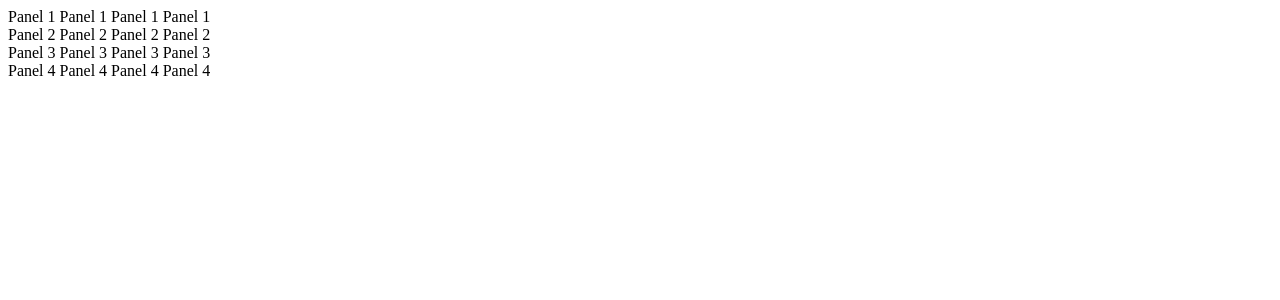
Repository: miguelamello/apm
Page: dashboard/components/login/login.html
The author's editor kept a copy of each file at every save. The page is drawn from the files as they stood at one save, then again after a run of saves.
The browser window is 1280 px wide. The pictures show the whole page.

Above is the page before, as saved 2023-04-20 12:08:27.

### dashboard/components/login/login.html

<div id="login" class="content u-flex u-flex-column mt-10 bg-primary">
  <div class="bg-warning h-16">
    Panel 1
    Panel 1
    Panel 1
    Panel 1
  </div>
  <div class="bg-warning h-16 mt-2">
    Panel 2
    Panel 2
    Panel 2
    Panel 2
  </div>
  <div class="bg-warning h-16 mt-2">
    Panel 3
    Panel 3
    Panel 3
    Panel 3
  </div>
  <div class="bg-warning h-16 mt-2">
    Panel 4
    Panel 4
    Panel 4
    Panel 4
  </div>
</div>

After the next 5 saves:
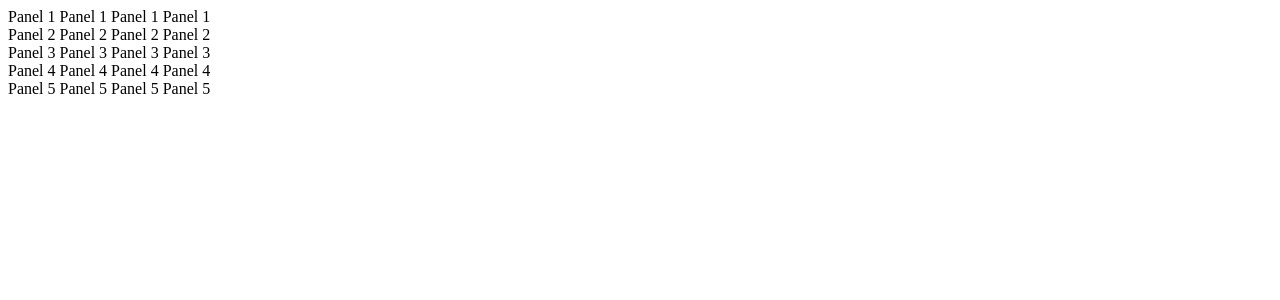
The 5 saves are shown as one change because they came seconds apart.
The last was saved 2 min 30 s later.
--- a/dashboard/components/login/login.html
+++ b/dashboard/components/login/login.html
@@ -24,4 +24,10 @@
     Panel 4
     Panel 4
   </div>
+  <div class="bg-warning h-16 mt-2">
+    Panel 5
+    Panel 5
+    Panel 5
+    Panel 5
+  </div>
 </div>
